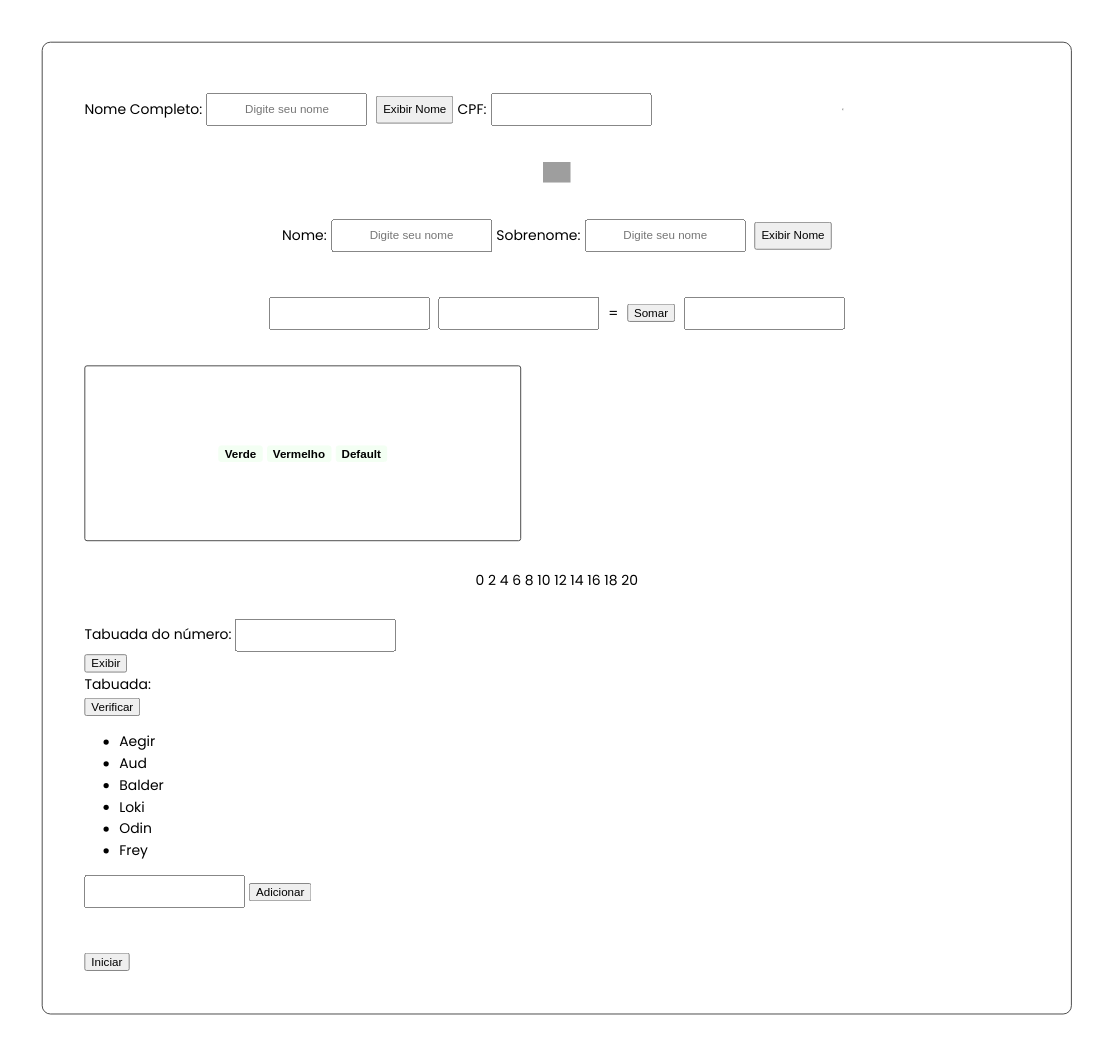
Repository: guilhermecardoso93/exerciciosjs
Page: index.html
These files come from the project's save history. The page is drawn as it stood at one moment and after the next save; the edit follows.
The browser window is 1280 px wide. The pictures show the whole page, at 87% of full size.
Pictures or frames that could not be fetched are drawn as grey boxes.

Above is the page before, as saved 2023-05-21 17:25:26.

### index.html
<!DOCTYPE html>
<html lang="pt-Br">
  <head>
    <meta charset="UTF-8" />
    <meta http-equiv="X-UA-Compatible" content="IE=edge" />
    <meta name="viewport" content="width=device-width, initial-scale=1.0" />
    <link rel="preconnect" href="https://fonts.googleapis.com" />
    <link rel="preconnect" href="https://fonts.gstatic.com" crossorigin />
    <link rel="stylesheet" href="styles.css" />
    <link
      href="https://fonts.googleapis.com/css2?family=Poppins:wght@400;500&display=swap"
      rel="stylesheet"
      />
    <title>40 - exercícios de JS</title>
  </head>
  <body>
    <div class="NameDiv">
      <p>Nome Completo:</p>
      <input type="text" name="name" id="name" placeholder="Digite seu nome" />
      <br />
      <input type="button" value="Exibir Nome" id="exibir-nome" />
      <p>CPF:</p>
      <input maxlength="14" id="cpf" />
      <hr />
    </div>
    <div>
      <img id="lamp" src="https://www.w3schools.com/js/pic_bulboff.gif" />
    </div>
    <div class="fullNameDiv">
      <p>Nome:</p>
      <input
        type="text"
        name="name-2"
        id="name-2"
        placeholder="Digite seu nome"
        />
      <p>Sobrenome:</p>
      <input
        type="text"
        name="fullname"
        id="fullname"
        placeholder="Digite seu nome"
        />
      <br />
      <input type="button" value="Exibir Nome" id="exibir-nome-convidado" />
    </div>
    <div>
      <input type="text" id="number-1" maxlength="5" /><br /><br />
      <input type="text" id="number-2" maxlength="5" /><br />
      <p>=</p>
      <br />

      <button id="buttonSoma">Somar</button><br /><br />

      <input type="text" id="result" maxlength="5" />
    </div>
    <div id="container">
      <button id="greenButton">Verde</button>
      <button id="redButton">Vermelho</button>
      <button id="defaultButton">Default</button>
    </div>

    <div id="resultado"></div>
    Tabuada do número: <input id="num" type="number" /> <br />
    <button onclick="tabuada()">Exibir</button><br />
    Tabuada: <br />
    <div id="resposta" style="display: inline"></div>
    <button onclick="verificarNumero()">Verificar</button>
    <ul id="nomes"></ul>
    <input type="text" id="inputTexto">
    <button onclick="adicionarTexto()">Adicionar</button>
    <ul id="lista"></ul>

    <div id="contador" style="color: black;"></div>
    <button onclick="iniciarContador()">Iniciar</button>

  </body>
  <script src="./script.js"></script>
</html>

### styles.css
body {
  font-family: "Poppins", sans-serif;
  margin: 3rem;
  border: 1px solid #333;
  border-radius: 10px;
  padding: 3rem;
}

main {
  margin: 0 auto;
  align-items: center;
  justify-content: center;
}

#lamp {
  cursor: pointer;
  cursor: hand;
  width: 2rem;
}

body input {
  height: 2rem;
  text-align: center;
}

div {
  display: flex;
  gap: 5px;
  align-items: center;
  justify-content: center;
  margin-bottom: 2rem;
}

#container {
  display: flex;
  gap: 5px;
  align-items: center;
  justify-content: center;

  width: 500px;
  height: 200px;
  border: 1px solid #333;
  border-radius: 3px;
}

#container button {
  border: 1px solid #f3fff3;
  border-radius: 3px;
  background-color: #f3fff3;
  font-weight: bold;
}


#tabuadaDiv {
  display: flex;
  flex-direction: column;
}

### script.js
function multi(numb1, number2) {
  console.log(numb1 * number2);
}

function desc(n){
  console.log((n* 0.05))
}

function age(year) {
  var data = new Date();
  var actualYear = data. getFullYear();

  const diference = actualYear - year

  if(diference <= 18 && diference >= 0) {
    return console.log('Você é menor de idade', diference)
  } else {
    return console.log('Você é maior de idade', diference)
  }
}

const divResultado = document.getElementById('resultado')

divResultado.innerHTML = 'Repetição'

divResultado.innerHTML = 'Repetição'.repeat(2);

var repeticao = '';

for (var i = 0; i < 20; i++) {
  repeticao += 'Repetição ';
}
divResultado.textContent = repeticao;

var contador = 0;
/*while (contador < 5) {
  repeticao += 'Repetição ';
  contador++;
}

divResultado.textContent = repeticao; */

do {
  repeticao += 'Repetição ';
  contador++;
} while (contador < 5);

divResultado.textContent = repeticao;

var numeros = '';

for (var i = 0; i <= 10; i++) {
  numeros += i + ' ';
}

divResultado.textContent = numeros;

var numerosPares = '';

for (var i = 0; i <= 20; i += 2) {
  numerosPares += i + ' ';
}

divResultado.textContent = numerosPares;


var tabuadaDiv = document.getElementById('tabuadaDiv');

function tabuada(){
  var num = parseInt(document.getElementById("num").value);
  var resposta = document.getElementById('resposta');
  var tabuada='';

  for(var count=1; count<=10 ; count++)
   tabuada += num+" x "+count+" = "+
               num*count+"<br />";

  resposta.innerHTML = tabuada;
}

function verificaCaracteresDota(texto) {
  var padrao = /dota/i; // 'dota' com a flag 'i' torna a busca case-insensitive
  return padrao.test(texto);
}

var texto1 = 'Dota é melhor que LOL';
console.log(verificaCaracteresDota(texto1)); // true

var texto2 = 'Lol é melhor que CS';
console.log(verificaCaracteresDota(texto2)); // false


var numeroAleatorio = Math.floor(Math.random() * 100) + 1;

function verificarNumero() {
  var numeroInserido = parseInt(prompt("Digite um número entre 1 e 100:"));

  if (numeroInserido === numeroAleatorio) {
    alert("Parabéns! Você acertou o número!");
  } else {
    alert("Infelizmente, você errou. O número correto era: " + numeroAleatorio);
  }
}

var dataAtual = new Date();
var dia = dataAtual.getDate();
var mes = dataAtual.getMonth() + 1; // Lembrando que o mês começa em 0
var ano = dataAtual.getFullYear();

var dataFormatada = dia + '/' + mes + '/' + ano;

console.log(dataFormatada);

var proximoMes = mes + 1;
if (proximoMes > 12) {
  proximoMes = 1;
  ano++;
}

console.log("Próximo mês: " + proximoMes + '/' + ano);

var deuses = ['Aegir', 'Aud', 'Balder']

console.log(deuses.length)

deuses.forEach(function(deus) {
  console.log(deus);
});

 /*
deuses.map(function(deus) {
  alert(deus);
});

// Usando a função de callback reduce()
deuses.reduce(function(_, deus) {
  alert(deus);
});

// Usando a função de callback filter()
deuses.filter(function(deus) {
  alert(deus);
}); */

deuses.push('Loki', 'Odin', 'Frey')
console.log(deuses)
console.log(deuses.length)

var numbers = [5, 7, 1, 8, 9]

console.log(numbers.sort())

var ul = document.getElementById('nomes');

deuses.forEach(deus => {
  var li = document.createElement('li');
  li.textContent = deus;
  ul.appendChild(li);
})


var arrayTexto = [];

function adicionarTexto() {
  var input = document.getElementById('inputTexto');
  var texto = input.value;

  arrayTexto.push(texto);
  input.value = '';

  exibirLista();
}

function exibirLista() {
  var ul = document.getElementById('lista');
  ul.innerHTML = '';

  arrayTexto.forEach(function(texto) {
    var li = document.createElement('li');
    li.textContent = texto;

    if (isNumeroPar(texto)) {
      li.classList.add('par');
    }

    ul.appendChild(li);
  });
}

function isNumeroPar(texto) {
  var numero = parseInt(texto);
  return !isNaN(numero) && numero % 2 === 0;
}

var contadorElement = document.getElementById('contador');
var contador = 0;
var preto = true;

function iniciarContador() {
  contador = 0;
  preto = true;
  exibirNumero();
  setInterval(alternarCor, 1000);
}

function exibirNumero() {
  contadorElement.textContent = contador;
}

function alternarCor() {
  preto = !preto;
  if (preto) {
    contadorElement.style.color = 'black';
  } else {
    contadorElement.style.color = 'white';
  }

  if (contador < 5) {
    contador++;
    exibirNumero();
  }
}

After the next save:
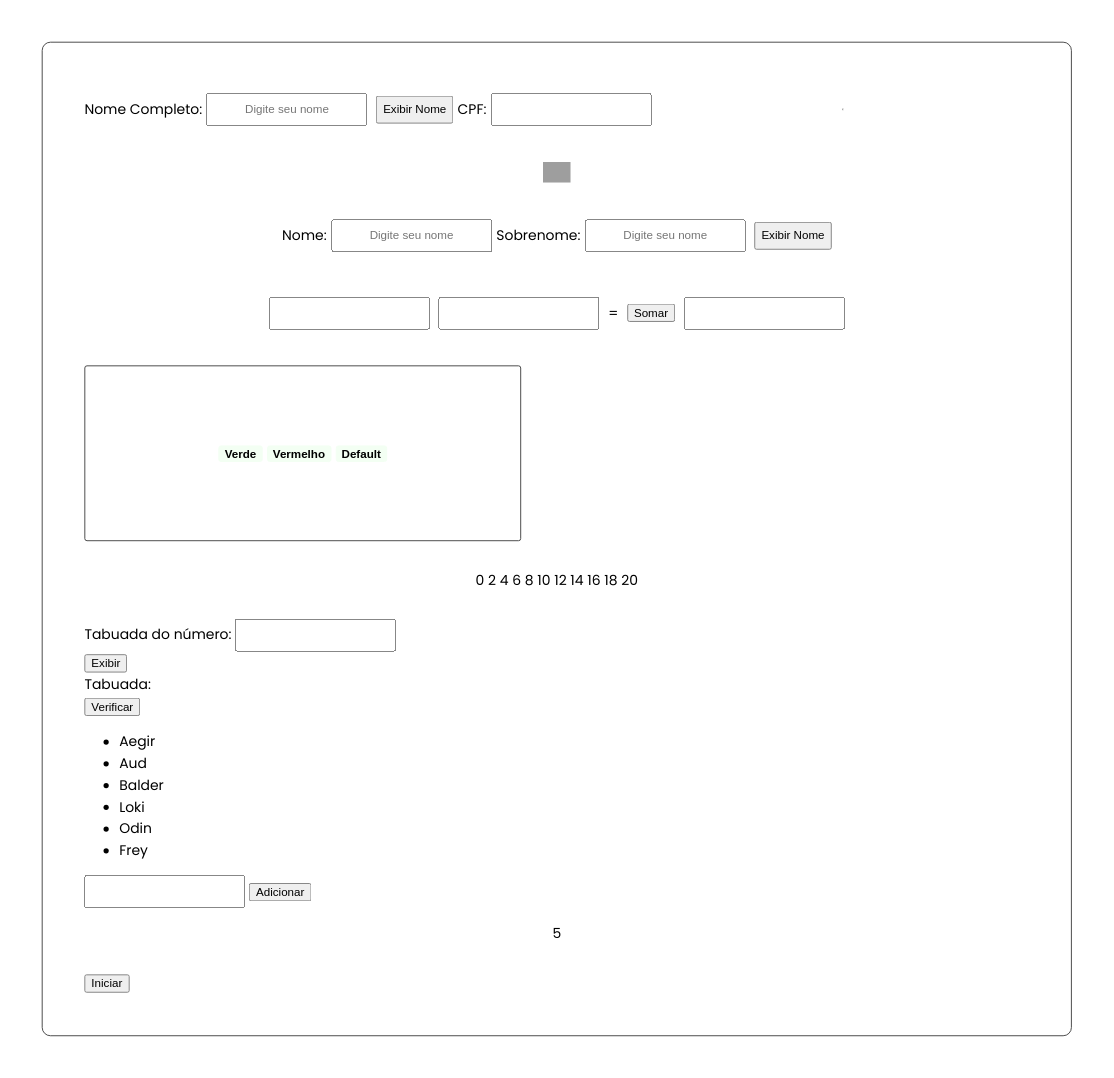
Saved 84 s later.
--- a/script.js
+++ b/script.js
@@ -191,32 +191,23 @@ function isNumeroPar(texto) {
   var numero = parseInt(texto);
   return !isNaN(numero) && numero % 2 === 0;
 }
-
-var contadorElement = document.getElementById('contador');
-var contador = 0;
-var preto = true;
-
-function iniciarContador() {
-  contador = 0;
-  preto = true;
-  exibirNumero();
-  setInterval(alternarCor, 1000);
+var contador = document.getElementById('contador');
+var numero = 0;
+var cor = 'preto';
+
+function alternarCor() {
+  cor = cor === 'preto' ? 'branco' : 'preto';
+  contador.style.color = cor;
 }
 
 function exibirNumero() {
-  contadorElement.textContent = contador;
-}
-
-function alternarCor() {
-  preto = !preto;
-  if (preto) {
-    contadorElement.style.color = 'black';
-  } else {
-    contadorElement.style.color = 'white';
+  contador.textContent = numero;
+  alternarCor();
+  numero++;
+
+  if (numero <= 5) {
+    setTimeout(exibirNumero, 1000);
   }
-
-  if (contador < 5) {
-    contador++;
-    exibirNumero();
-  }
-}
+}
+
+exibirNumero();
